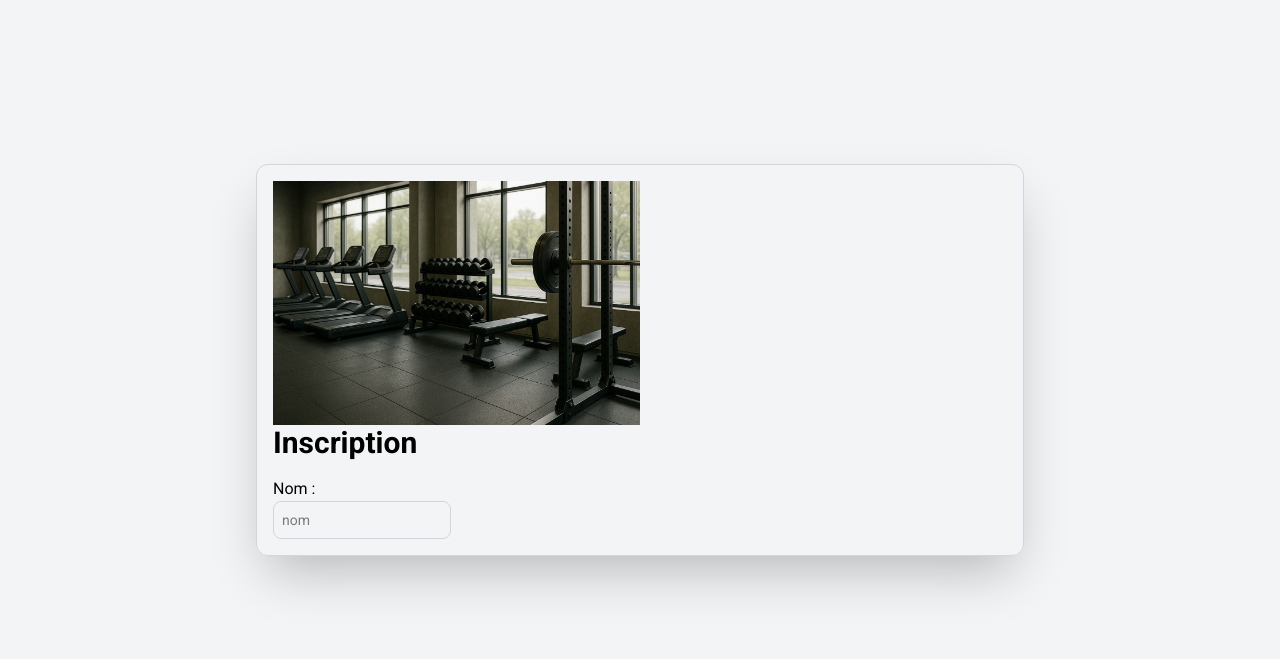
Repository: fahchouchsm/clubSportifWeb
Page: src/pages/inscription.html
The author's editor kept a copy of each file at every save. The page is drawn from the files as they stood at one save, then again after a run of saves.
The browser window is 1280 px wide. The pictures show the whole page.

Above is the page before, as saved 2025-04-16 18:22:06.

After the next 2 saves:
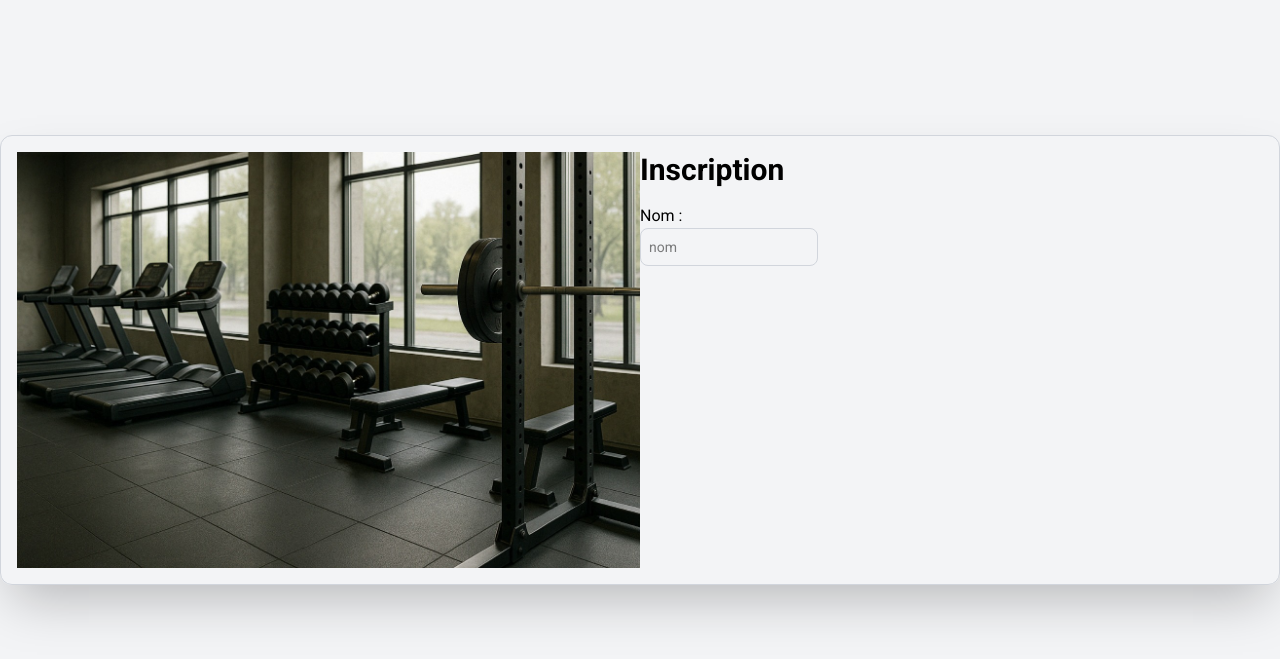
The 2 saves are shown as one change because they came seconds apart.
The last was saved 10 s later.
--- a/src/pages/inscription.html
+++ b/src/pages/inscription.html
@@ -10,7 +10,7 @@
   <body>
     <div class="flex h-screen w-screen items-center justify-center bg-gray-100">
       <main
-        class="mx-auto flex max-w-3xl flex-col gap-10 rounded-xl border border-gray-300 p-4 shadow-2xl"
+        class="mx-auto flex gap-10 rounded-xl border border-gray-300 p-4 shadow-2xl"
       >
         <img
           src="../../public/imgs/salleInterieur.jpeg"
